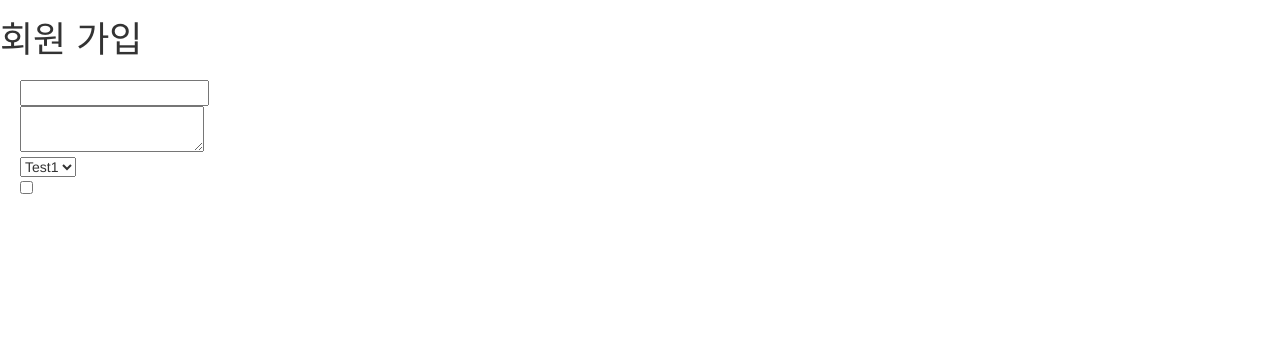
Repository: abbyinkr/BootstrapStudy
Page: BootStrapWork/WebContent/BootEx03.html
The author's editor kept a copy of each file at every save. The page is drawn from the files as they stood at one save, then again after the next save.
The browser window is 1280 px wide. The pictures show the whole page.

Above is the page before, as saved 2021-07-01 03:47:09.

### BootStrapWork/WebContent/BootEx03.html
<!DOCTYPE html>
<html>
<head>
<meta charset="UTF-8">
<title>BootEx03.html</title>
<link rel="stylesheet" href="css/bootstrap.css">
<script type="text/javascript" src="http://code.jquery.com/jquery.min.js"></script>
<script type="text/javascript" src="js/bootstrap.min.js"></script>


</head>
<body>

<h1>회원 가입</h1>

<form action="" style="width: 500ppx; margin: 20px;">

	<input type="text" />
	<br />

	<textarea rows="" cols=""></textarea>
	<br />

	<select class="">
		<option value="">Test1</option>
		<option value="">Test2</option>
		<option value="">Test3</option>
		<option value="">Test4</option>
	</select>
	<br />

	<input type="checkbox" />
	<br />


</form>

</body>
</html>

Loaded but not shown: BootStrapWork/WebContent/css/bootstrap.css (library); BootStrapWork/WebContent/js/bootstrap.min.js (library)

After the next save:
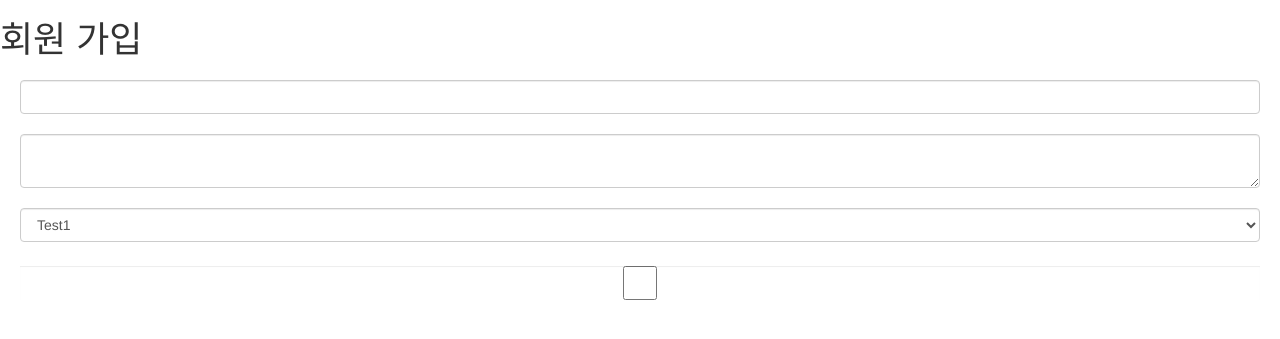
Saved 105 s later.
--- a/BootStrapWork/WebContent/BootEx03.html
+++ b/BootStrapWork/WebContent/BootEx03.html
@@ -15,13 +15,13 @@
 
 <form action="" style="width: 500ppx; margin: 20px;">
 
-	<input type="text" />
+	<input type="text" class="form-control"/>
 	<br />
 
-	<textarea rows="" cols=""></textarea>
+	<textarea rows="" cols="" class="form-control"></textarea>
 	<br />
 
-	<select class="">
+	<select class="form-control">
 		<option value="">Test1</option>
 		<option value="">Test2</option>
 		<option value="">Test3</option>
@@ -29,7 +29,7 @@
 	</select>
 	<br />
 
-	<input type="checkbox" />
+	<input type="checkbox" class="form-control"/>
 	<br />
 
 
